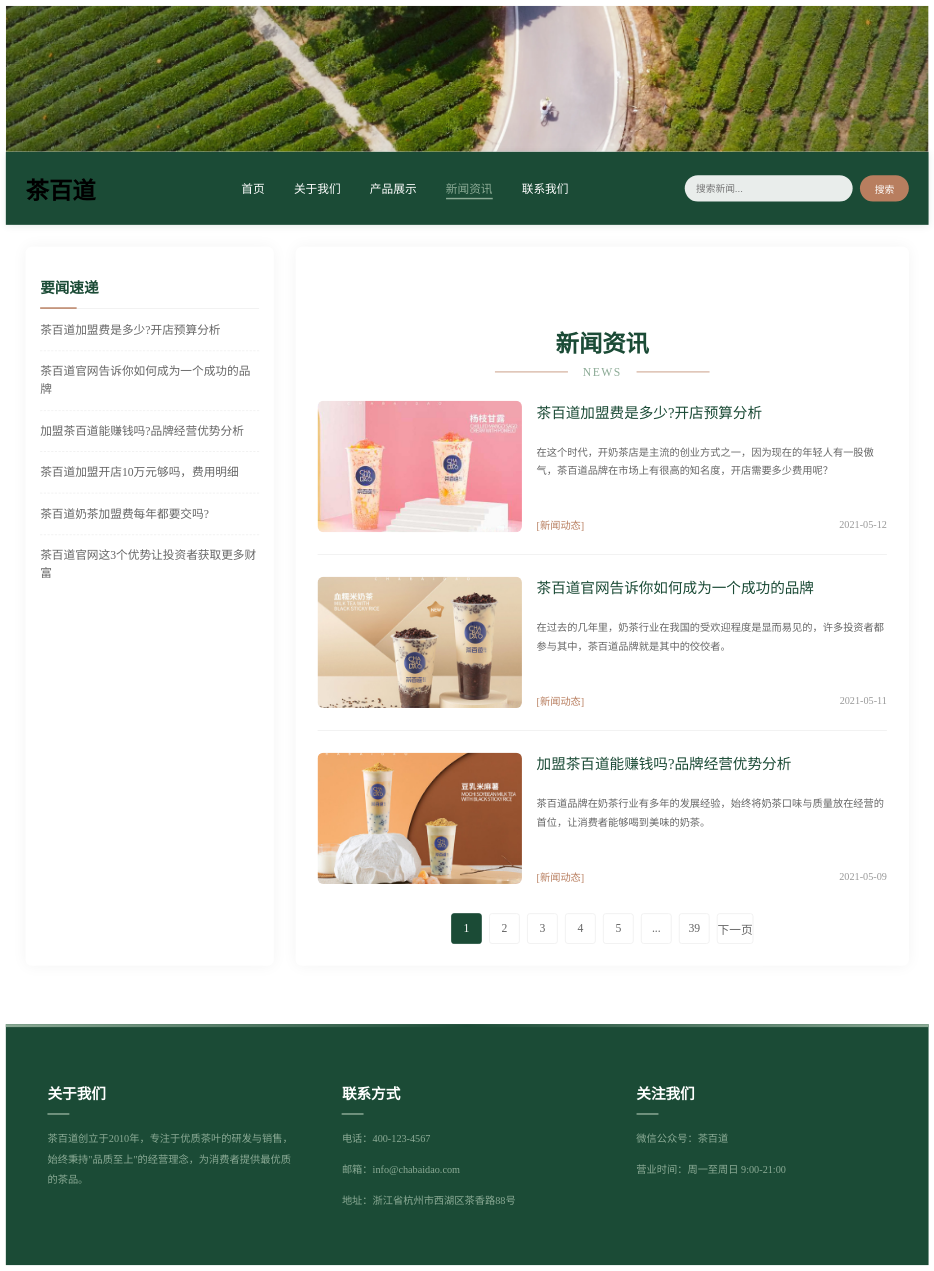
Repository: huang-heavenly-Emperor/chabaidao
Page: news.html
The author's editor kept a copy of each file at every save. The page is drawn from the files as they stood at one save, then again after the next save.
The browser window is 1280 px wide. The pictures show the whole page, at 73% of full size.

Above is the page before, as saved 2024-12-13 17:28:01.

### news.html
<!DOCTYPE html>
<html lang="zh-CN">
<head>
    <meta charset="UTF-8">
    <meta name="viewport" content="width=device-width, initial-scale=1.0">
    <title>新闻资讯 - 茶百道</title>
    <link rel="stylesheet" href="./css/common.css">
    <link rel="stylesheet" href="./css/pages/news.css">
</head>
<body>
    <!-- 头部 -->
    <header class="header">
        <div class="top-banner">
            <img src="./images/common/header-bg.webp" alt="新闻资讯">
        </div>
        <div class="nav">
            <div class="nav-content">
                <div class="logo">
                    <h1>茶百道</h1>
                </div>
                <ul class="nav-list">
                    <li><a href="./index.html">首页</a></li>
                    <li><a href="./about.html">关于我们</a></li>
                    <li><a href="./products.html">产品展示</a></li>
                    <li><a href="./news.html" class="active">新闻资讯</a></li>
                    <li><a href="./contact.html">联系我们</a></li>
                </ul>
                <div class="search">
                    <input type="text" placeholder="搜索新闻...">
                    <button>搜索</button>
                </div>
            </div>
        </div>
    </header>

    <!-- 主要内容 -->
    <div class="main">
        <!-- 左侧边栏 -->
        <div class="news-sidebar">
            <h3 class="sidebar-title">要闻速递</h3>
            <ul class="news-quick-list">
                <li><a href="#">茶百道加盟费是多少?开店预算分析</a></li>
                <li><a href="#">茶百道官网告诉你如何成为一个成功的品牌</a></li>
                <li><a href="#">加盟茶百道能赚钱吗?品牌经营优势分析</a></li>
                <li><a href="#">茶百道加盟开店10万元够吗，费用明细</a></li>
                <li><a href="#">茶百道奶茶加盟费每年都要交吗?</a></li>
                <li><a href="#">茶百道官网这3个优势让投资者获取更多财富</a></li>
            </ul>
        </div>

        <!-- 右侧新闻列表 -->
        <div class="news-content">
            <div class="section-title">
                <h2>新闻资讯</h2>
                <div class="en-title">NEWS</div>
            </div>
            <div class="news-list">
                <!-- 新闻项 -->
                <div class="news-item">
                    <div class="news-image">
                        <img src="./images/news/news1.jpg" alt="茶百道加盟费">
                    </div>
                    <div class="news-info">
                        <a href="#" class="news-title">茶百道加盟费是多少?开店预算分析</a>
                        <p class="news-desc">在这个时代，开奶茶店是主流的创业方式之一，因为现在的年轻人有一股傲气，茶百道品牌在市场上有很高的知名度，开店需要多少费用呢？</p>
                        <div class="news-meta">
                            <span class="news-category">[新闻动态]</span>
                            <span class="news-date">2021-05-12</span>
                        </div>
                    </div>
                </div>

                <div class="news-item">
                    <div class="news-image">
                        <img src="./images/news/news2.jpg" alt="茶百道官网">
                    </div>
                    <div class="news-info">
                        <a href="#" class="news-title">茶百道官网告诉你如何成为一个成功的品牌</a>
                        <p class="news-desc">在过去的几年里，奶茶行业在我国的受欢迎程度是显而易见的，许多投资者都参与其中，茶百道品牌就是其中的佼佼者。</p>
                        <div class="news-meta">
                            <span class="news-category">[新闻动态]</span>
                            <span class="news-date">2021-05-11</span>
                        </div>
                    </div>
                </div>

                <div class="news-item">
                    <div class="news-image">
                        <img src="./images/news/news3.jpg" alt="加盟茶百道">
                    </div>
                    <div class="news-info">
                        <a href="#" class="news-title">加盟茶百道能赚钱吗?品牌经营优势分析</a>
                        <p class="news-desc">茶百道品牌在奶茶行业有多年的发展经验，始终将奶茶口味与质量放在经营的首位，让消费者能够喝到美味的奶茶。</p>
                        <div class="news-meta">
                            <span class="news-category">[新闻动态]</span>
                            <span class="news-date">2021-05-09</span>
                        </div>
                    </div>
                </div>
            </div>

            <!-- 分页 -->
            <div class="pagination">
                <a href="javascript:void(0)" onclick="changePage(1)" class="active">1</a>
                <a href="javascript:void(0)" onclick="changePage(2)">2</a>
                <a href="javascript:void(0)" onclick="changePage(3)">3</a>
                <a href="javascript:void(0)" onclick="changePage(4)">4</a>
                <a href="javascript:void(0)" onclick="changePage(5)">5</a>
                <span>...</span>
                <a href="javascript:void(0)" onclick="changePage(39)">39</a>
                <a href="javascript:void(0)" onclick="nextPage()">下一页</a>
            </div>
        </div>
    </div>

    <!-- 底部 -->
    <footer class="footer">
        <div class="footer-content">
            <div class="footer-section">
                <h3>关于我们</h3>
                <p>茶百道创立于2010年，专注于优质茶叶的研发与销售，始终秉持"品质至上"的经营理念，为消费者提供最优质的茶品。</p>
            </div>
            <div class="footer-section">
                <h3>联系方式</h3>
                <p>电话：400-123-4567</p>
                <p>邮箱：info@chabaidao.com</p>
                <p>地址：浙江省杭州市西湖区茶香路88号</p>
            </div>
            <div class="footer-section">
                <h3>关注我们</h3>
                <p>微信公众号：茶百道</p>
                <p>营业时间：周一至周日 9:00-21:00</p>
            </div>
        </div>
        <div class="back-top">↑</div>
    </footer>

    <script>
        // 返回顶部按钮
        var backTop = document.querySelector('.back-top');
        window.onscroll = function() {
            if (window.pageYOffset > 300) {
                backTop.style.display = 'block';
            } else {
                backTop.style.display = 'none';
            }
        };

        backTop.onclick = function() {
            window.scrollTo(0, 0);
        };

        // 分页功能
        var currentPage = 1;
        var totalPages = 39;

        function changePage(page) {
            // 移除之前的激活状态
            var oldActive = document.querySelector('.pagination .active');
            if (oldActive) {
                oldActive.className = '';
            }

            // 添加新的激活状态
            var links = document.querySelectorAll('.pagination a');
            for (var i = 0; i < links.length; i++) {
                if (links[i].innerHTML == page) {
                    links[i].className = 'active';
                    break;
                }
            }

            // 更新当前页码
            currentPage = page;

            // 回到顶部
            window.scrollTo(0, 0);

            // 这里可以添加加载新内容的代码
            console.log('加载第' + page + '页');
        }

        function nextPage() {
            if (currentPage < totalPages) {
                changePage(currentPage + 1);
            }
        }
    </script>
</body>
</html>

### css/common.css
/* 头部样式 */
.header {
    width: 100%;
}

.top-banner {
    width: 100%;
    height: 200px;
    overflow: hidden;
}

.top-banner img {
    width: 100%;
    height: 100%;
    object-fit: cover;
}

.nav {
    width: 100%;
    height: 100px;
    background: #1B4B36;
    position: sticky;
    top: 0;
    z-index: 100;
    box-shadow: 0 2px 10px rgba(27, 75, 54, 0.1);
}

.nav-content {
    width: 1210px;
    margin: 0 auto;
    display: flex;
    justify-content: space-between;
    align-items: center;
    height: 100%;
}

.nav-list {
    display: flex;
    list-style: none;
}

.nav-list li a {
    color: #fff;
    text-decoration: none;
    padding: 0 20px;
    font-size: 16px;
    transition: all 0.3s;
    position: relative;
}

.nav-list li a:hover,
.nav-list li a.active {
    color: #8CAB96;
}

.nav-list li a:after {
    content: '';
    position: absolute;
    bottom: -5px;
    left: 50%;
    transform: translateX(-50%);
    width: 0;
    height: 2px;
    background: #8CAB96;
    transition: width 0.3s;
}

.nav-list li a:hover:after,
.nav-list li a.active:after {
    width: calc(100% - 40px);
}

.nav-list li a.active {
    font-weight: 500;
}

.search {
    display: flex;
    align-items: center;
}

.search input {
    width: 200px;
    height: 36px;
    padding: 0 15px;
    border: none;
    border-radius: 18px;
    outline: none;
    background: rgba(255, 255, 255, 0.9);
}

.search button {
    height: 36px;
    padding: 0 20px;
    margin-left: 10px;
    border: none;
    border-radius: 18px;
    background: #B87E5F;
    color: #fff;
    cursor: pointer;
    transition: background 0.3s;
}

.search button:hover {
    background: #9a6547;
}

/* 底部样式 */
.footer {
    background: #1B4B36;
    padding: 60px 0;
    margin-top: 50px;
    position: relative;
}

.footer:before {
    content: '';
    position: absolute;
    top: 0;
    left: 0;
    width: 100%;
    height: 4px;
    background: linear-gradient(90deg, #8CAB96, #1B4B36, #8CAB96);
}

.footer-content {
    width: 1210px;
    margin: 0 auto;
    display: flex;
    justify-content: space-between;
}

.footer-section {
    flex: 1;
    padding: 0 30px;
}

.footer-section h3 {
    color: #fff;
    font-size: 20px;
    margin-bottom: 20px;
    position: relative;
    padding-bottom: 15px;
}

.footer-section h3:after {
    content: '';
    position: absolute;
    bottom: 0;
    left: 0;
    width: 30px;
    height: 2px;
    background: #8CAB96;
    transition: width 0.3s;
}

.footer-section:hover h3:after {
    width: 50px;
}

.footer-section p {
    color: #8CAB96;
    line-height: 2;
    font-size: 14px;
}

/* 返回顶部按钮 */
.back-top {
    position: fixed;
    right: 40px;
    bottom: 40px;
    width: 50px;
    height: 50px;
    background: #1B4B36;
    color: #fff;
    text-align: center;
    line-height: 50px;
    border-radius: 50%;
    cursor: pointer;
    transition: all 0.3s;
    opacity: 0;
    visibility: hidden;
    z-index: 999;
    font-size: 20px;
    box-shadow: 0 2px 10px rgba(0,0,0,0.1);
}

.back-top:hover {
    background: #2C634C;
    transform: translateY(-5px);
}

.back-top.show {
    opacity: 1;
    visibility: visible;
}

### css/pages/news.css
/* 通用标题样式 */
.section-title {
  text-align: center;
  padding: 50px 0 30px;
  position: relative;
  display: flex;
  align-items: center;
  justify-content: center;
  flex-direction: column;
}

.section-title h2 {
  font-size: 32px;
  color: #1b4b36;
  margin-bottom: 10px;
  font-weight: bold;
}

.section-title .en-title {
  color: #8cab96;
  font-size: 16px;
  letter-spacing: 2px;
  text-transform: uppercase;
  position: relative;
  display: flex;
  align-items: center;
  padding: 0 20px;
}

.section-title .en-title:before,
.section-title .en-title:after {
  content: "";
  height: 1px;
  width: 100px;
  background: #b87e5f;
  margin: 0 20px;
}

/* 主要内容区域 */
.main {
  width: 1210px;
  margin: 0 auto;
  padding: 30px 0;
  display: flex;
  gap: 30px;
}

/* 左侧边栏 */
.news-sidebar {
  width: 300px;
  background: #fff;
  border-radius: 8px;
  padding: 20px;
  box-shadow: 0 0 20px rgba(0, 0, 0, 0.05);
}

.sidebar-title {
  font-size: 20px;
  color: #1b4b36;
  padding-bottom: 15px;
  margin-bottom: 15px;
  border-bottom: 1px solid #eee;
  position: relative;
}

.sidebar-title:after {
  content: "";
  position: absolute;
  left: 0;
  bottom: -1px;
  width: 50px;
  height: 2px;
  background: #b87e5f;
}

.news-quick-list {
  list-style: none;
  padding: 0;
}

.news-quick-list li {
  margin-bottom: 15px;
  padding-bottom: 15px;
  border-bottom: 1px dashed #eee;
}

.news-quick-list li:last-child {
  margin-bottom: 0;
  padding-bottom: 0;
  border-bottom: none;
}

.news-quick-list a {
  color: #666;
  text-decoration: none;
  line-height: 1.6;
  display: block;
  transition: color 0.3s;
}

.news-quick-list a:hover {
  color: #b87e5f;
}

/* 右侧新闻列表 */
.news-content {
  flex: 1;
  background: #fff;
  border-radius: 8px;
  padding: 30px;
  box-shadow: 0 0 20px rgba(0, 0, 0, 0.05);
}

.news-list {
  display: flex;
  flex-direction: column;
  gap: 30px;
}

.news-item {
  display: flex;
  gap: 20px;
  padding-bottom: 30px;
  border-bottom: 1px solid #eee;
}

.news-item:last-child {
  padding-bottom: 0;
  border-bottom: none;
}

.news-image {
  width: 280px;
  height: 180px;
  overflow: hidden;
  border-radius: 8px;
}

.news-image img {
  width: 100%;
  height: 100%;
  object-fit: cover;
  transition: transform 0.3s;
}

.news-item:hover .news-image img {
  transform: scale(1.05);
}

.news-info {
  flex: 1;
  display: flex;
  flex-direction: column;
}

.news-title {
  font-size: 20px;
  color: #1b4b36;
  margin-bottom: 15px;
  text-decoration: none;
  transition: color 0.3s;
}

.news-title:hover {
  color: #b87e5f;
}

.news-desc {
  font-size: 14px;
  color: #666;
  line-height: 1.8;
  margin-bottom: 20px;
  flex: 1;
}

.news-meta {
  display: flex;
  justify-content: space-between;
  align-items: center;
  color: #999;
  font-size: 14px;
}

.news-category {
  color: #b87e5f;
}

/* 分页 */
.pagination {
  margin-top: 40px;
  display: flex;
  justify-content: center;
  gap: 10px;
}

.pagination a,
.pagination span {
  min-width: 40px;
  height: 40px;
  display: flex;
  align-items: center;
  justify-content: center;
  background: #fff;
  border: 1px solid #eee;
  border-radius: 4px;
  color: #666;
  text-decoration: none;
  transition: all 0.3s;
  cursor: pointer;
}

.pagination a:hover:not(.disabled),
.pagination .active {
  background: #1B4B36;
  color: #fff;
  border-color: #1B4B36;
}

.pagination .disabled {
  cursor: not-allowed;
  opacity: 0.5;
  pointer-events: none;
}

.pagination .next {
  padding: 0 15px;
  min-width: 70px;
}

.pagination span:not(.active) {
  cursor: default;
  pointer-events: none;
}

After the next save:
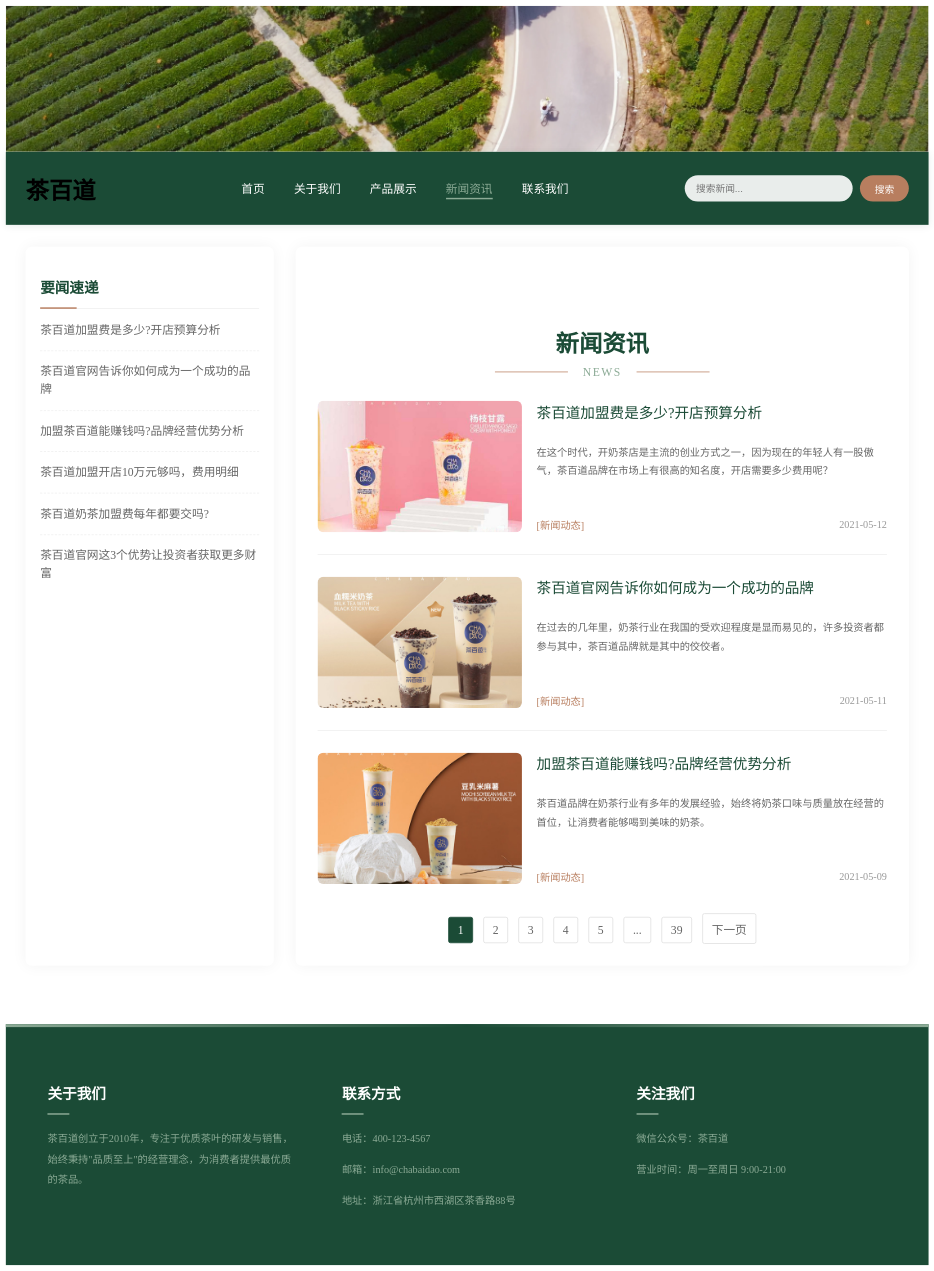
Saved 9 s later.
--- a/css/pages/news.css
+++ b/css/pages/news.css
@@ -188,46 +188,26 @@
 /* 分页 */
 .pagination {
   margin-top: 40px;
-  display: flex;
-  justify-content: center;
-  gap: 10px;
+  text-align: center;
 }
 
 .pagination a,
 .pagination span {
-  min-width: 40px;
-  height: 40px;
-  display: flex;
-  align-items: center;
-  justify-content: center;
-  background: #fff;
-  border: 1px solid #eee;
-  border-radius: 4px;
+  display: inline-block;
+  padding: 8px 12px;
+  margin: 0 5px;
+  border: 1px solid #ddd;
   color: #666;
   text-decoration: none;
-  transition: all 0.3s;
-  cursor: pointer;
-}
-
-.pagination a:hover:not(.disabled),
+  border-radius: 3px;
+}
+
+.pagination a:hover {
+  background-color: #f5f5f5;
+}
+
 .pagination .active {
-  background: #1B4B36;
-  color: #fff;
+  background-color: #1B4B36;
+  color: white;
   border-color: #1B4B36;
 }
-
-.pagination .disabled {
-  cursor: not-allowed;
-  opacity: 0.5;
-  pointer-events: none;
-}
-
-.pagination .next {
-  padding: 0 15px;
-  min-width: 70px;
-}
-
-.pagination span:not(.active) {
-  cursor: default;
-  pointer-events: none;
-}
